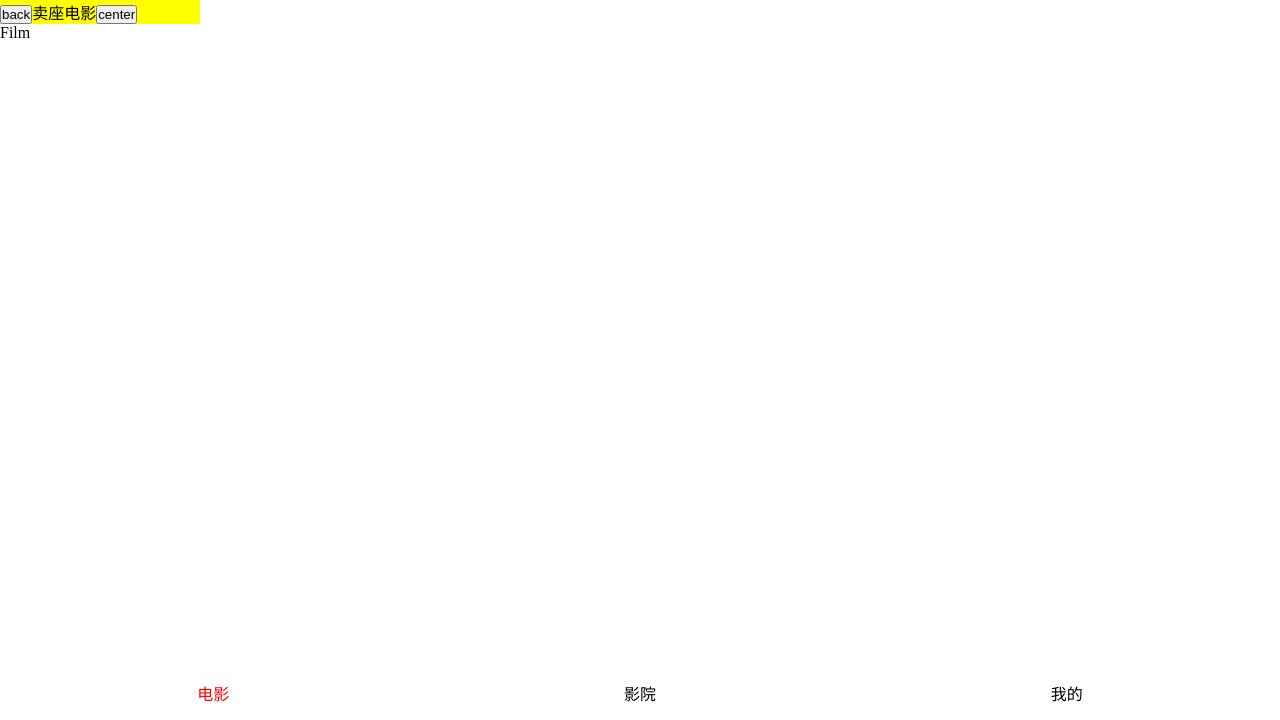
Repository: zenghao518518/React
Page: /
An editor plug-in stored every save of this project. The page is shown before and after the next save, followed by the edit.
The browser window is 1280 px wide. The pictures show the whole page.
The project was rebuilt for these pictures with package versions that can differ from the ones it lists, and the page was loaded fresh each time. Also part of the build but not shown: src/02-advanced/maizuocomponent/Cinema.js, src/02-advanced/maizuocomponent/Center.js.

Above is the page before, as saved 2023-08-02 17:52:56.

After the next save:
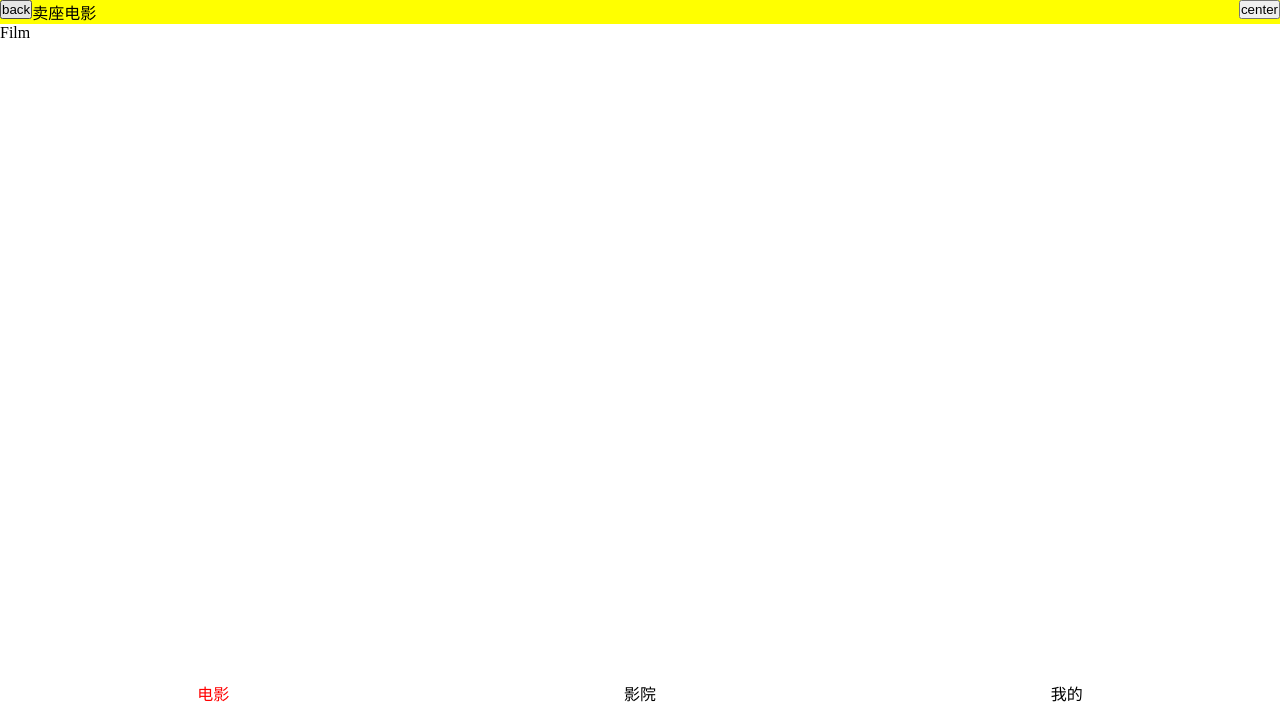
Saved 3 min 41 s later.
--- a/src/02-advanced/maizuocomponent/Navbar.js
+++ b/src/02-advanced/maizuocomponent/Navbar.js
@@ -3,10 +3,10 @@ import React, { Component } from 'react'
 export default class Navbar extends Component {
   render() {
     return (
-      <div  style={{ background: "yellow" , width: "200px" }}>
-        <button>back</button>
+      <div  style={{ background: "yellow" }}>
+        <button style={{float:"left"}}>back</button>
         <span>卖座电影</span>
-        <button>center</button>
+        <button style={{float:"right"}}>center</button>
       </div>
     )
   }
